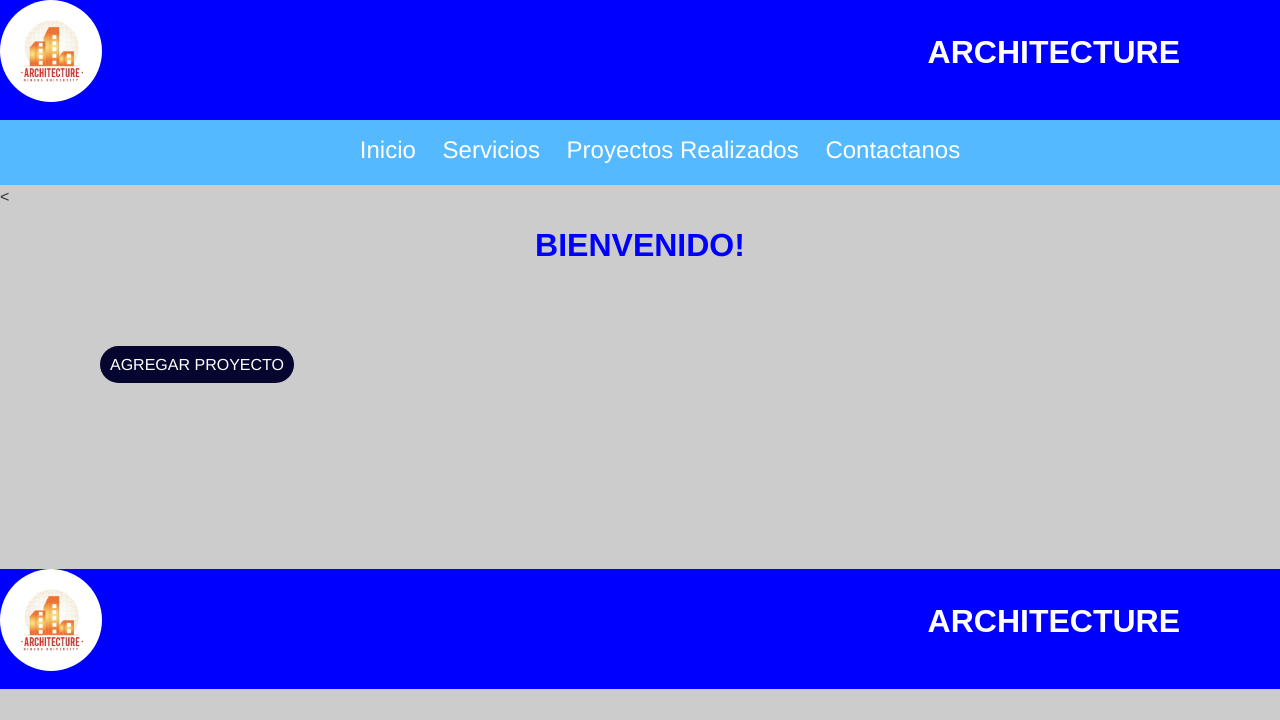
Repository: gabrielestrella18/htdocs
Page: http://localhost/arquitectos/opciones.php
These files come from the project's save history. The page is drawn as it stood at one moment and after the next save; the edit follows.
The browser window is 1280 px wide. The pictures show the whole page.
The page is run by PHP 8.4 with error messages shown; the project is at /var/www/html/.

Above is the page before, as saved 2023-12-10 02:03:48.

After the next save:
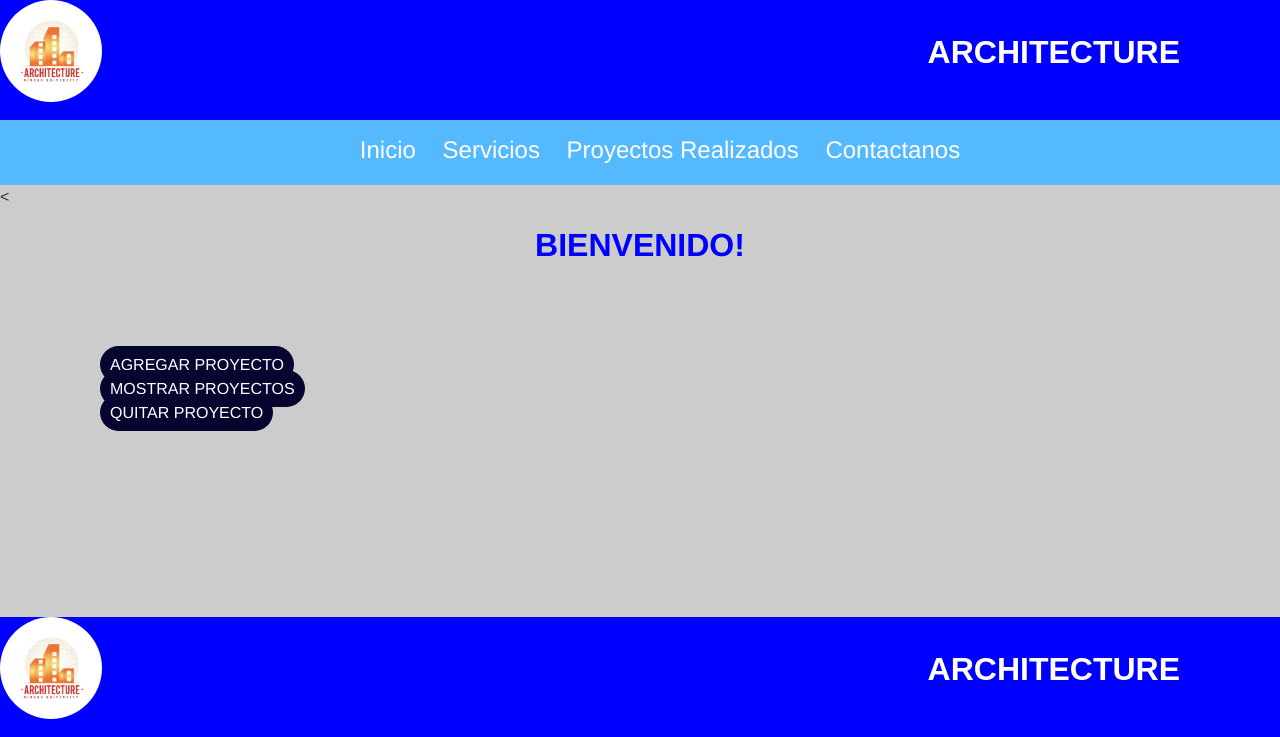
Saved 6 min 0 s later.
--- a/arquitectos/opciones.php
+++ b/arquitectos/opciones.php
@@ -26,6 +26,10 @@ include "menu.php"
       <br>
 <div class="alin" >
   <a href="control.php" id="proy">AGREGAR PROYECTO</a>
+  <br>
+  <a href="proyectos.php" id="proy">MOSTRAR PROYECTOS</a>
+  <br>
+  <a href="proyecto.php" id="proy">QUITAR PROYECTO</a>
 
   <br><br><br><br><br><br><br><br><br>
 </div>
